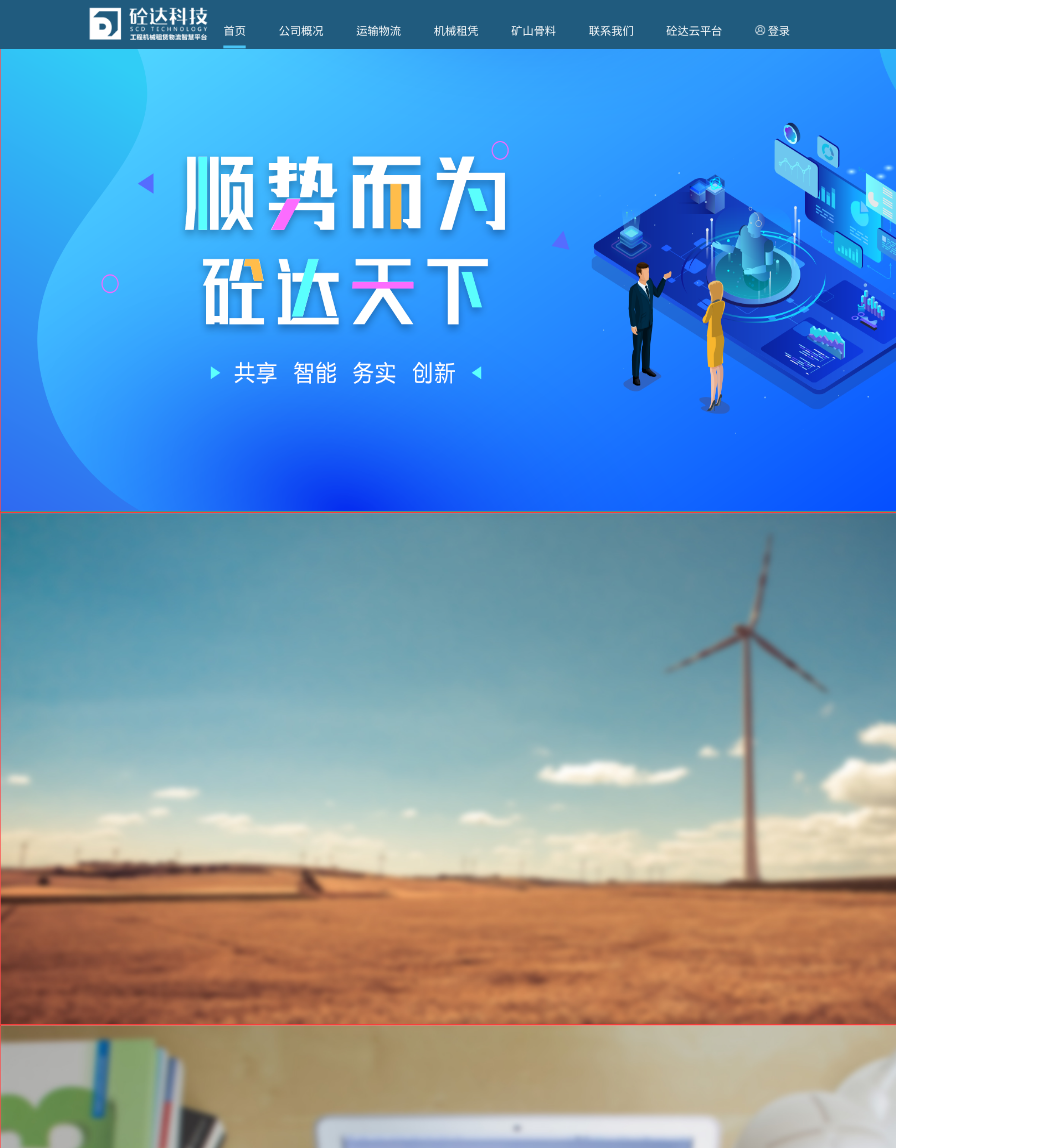
Repository: nzrdjdj/nzrdjdj.github.io
Page: index.html
These files come from the project's save history. The page is drawn as it stood at one moment and after the next save; the edit follows.
The browser window is 1280 px wide. The page is 1369 px wide, then 1519 px, so the pictures cover 1519 px, including what lies to the right of the window. The pictures show the part of the page from y = 0 to 1640 px (the page is 4250 px tall before and 4252 px after), at 70% of full size.

Above is the page before, as saved 2021-10-09 09:58:25.

After the next save:
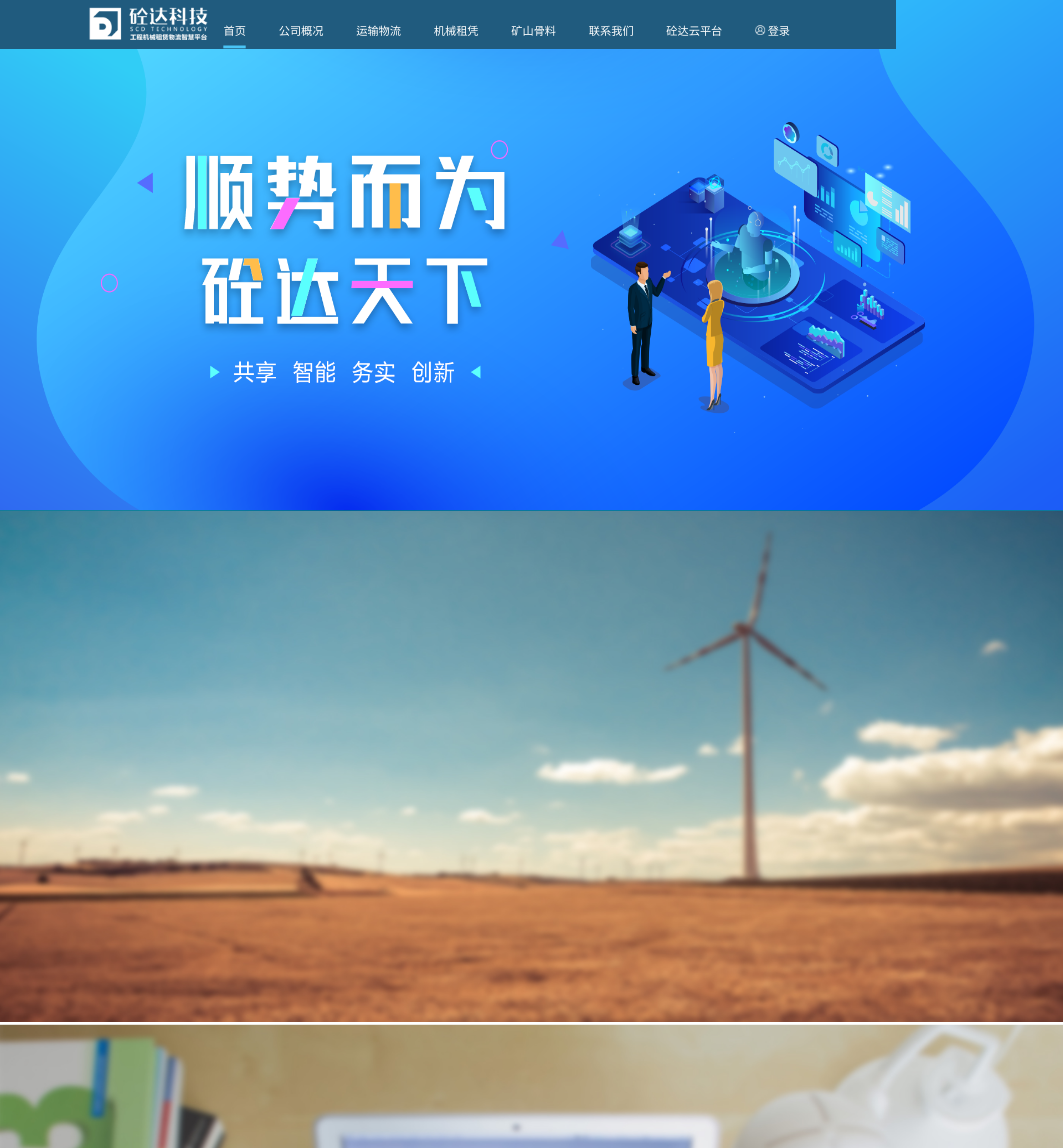
Saved 21 s later.
--- a/index.html
+++ b/index.html
@@ -81,7 +81,7 @@
 <body>
     <div class="all">
         <div class="head">
-            <div class="haed-logo" id="lunbo">
+            <div id="lunbo">
                 <div class="lunbo1" id="ab">
                     <img style="display: block;" src="./images/slider/bg1.png" alt="">
                     <img src="./images/slider/bg3.jpg" />
